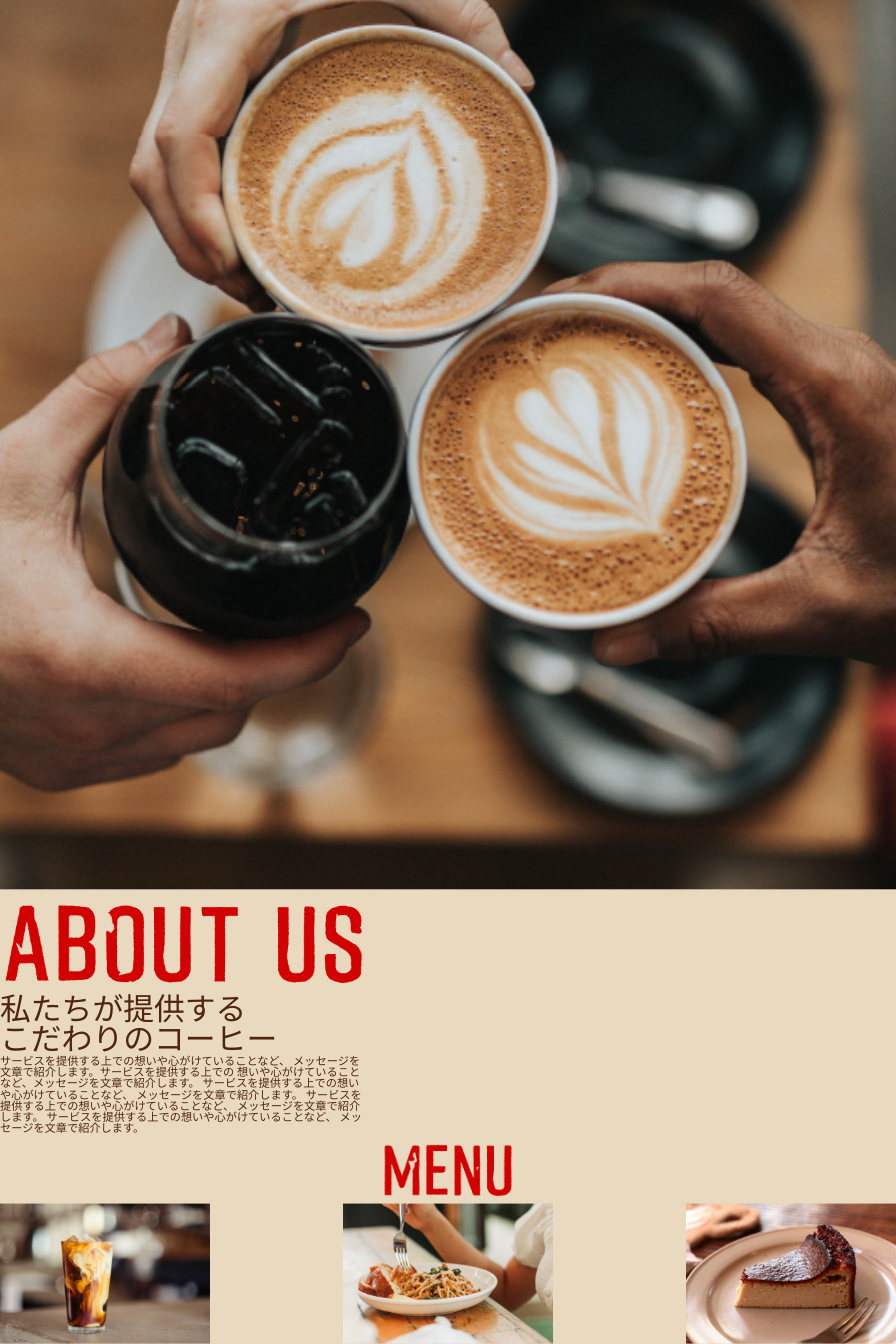
Repository: sonoyama01/dezasuta
Page: 第4回課題/index.html
The author's editor kept a copy of each file at every save. The page is drawn from the files as they stood at one save, then again after the next save.
The browser window is 1280 px wide. The pictures show the part of the page from y = 888 to 2808 px (the page is 2808 px tall before and 2766 px after), at 70% of full size.

Above is the page before, as saved 2024-05-02 03:23:41.

### 第4回課題/index.html
<!DOCTYPE html>
<html lang="ja">

<head>
    <meta charset="UTF-8">
    <meta name="viewport" content="width=device-width, initial-scale=1.0">
    <title>Desing Cafe</title>
    <link rel="stylesheet" href="./css/style.css">
</head>

<body>
    <!-- ヘッダー -->
    <header>
        <div class="header_slide">
            <div>
                <img src="./images/pc_first-100.jpg" alt="店内の様子">
            </div>
        </div>
        <div class="header_wrap">
            <h1 class="header_logo">
                <img src="./images/design_cafe_logo_header@2x.png" alt="desind cafe">
            </h1>
            <nav class="pc_nav">
                <ul>
                    <li><a href="#about_us">ABOUT US</a></li>
                    <li><a href="#">MENU</a></li>
                    <li><a href="#">GALLERY</a></li>
                    <li><a href="#">EVENT</a></li>
                    <li><a href="#">ACCESS</a></li>
                </ul>
            </nav>
        </div>
    </header>
    <div class="catch_copy">
        <p class="catch_copy_ja"><span class="en">Have a happy day From a cup of coffee.</span><br>
            ハッピーに溢れる1日を<br>
            1杯のコーヒーから。</p><!-- /.catch_copy -->
        <p>毎日を丁寧に大切に過ごしたい。だからこそ一杯一杯丁寧にコーヒーを入れ<br>
            足を運んでくれるお客さんには落ち着く空間とこだわりのコーヒーを提供したい。</p>
    </div><!-- /.catch_copy -->
    <!-- ABOUT US -->
    <section id="about_us_fx">
        <h2 class="about_us">
            <h2></h2><img src="./images/pc_about-100.jpg" alt="">
        </h2>
        <div class="about_us_text">
            <img src="./images/about_us@2x.png" alt="">
            <p class="abouot_us_concept">私たちが提供する<br>
                こだわりのコーヒー</p><!-- /.abouot_us_concept -->
            <p class="about_us_texts">
                サービスを提供する上での想いや心がけていることなど、
                メッセージを文章で紹介します。サービスを提供する上での
                想いや心がけていることなど、メッセージを文章で紹介します。
                サービスを提供する上での想いや心がけていることなど、
                メッセージを文章で紹介します。
                サービスを提供する上での想いや心がけていることなど、
                メッセージを文章で紹介します。
                サービスを提供する上での想いや心がけていることなど、
                メッセージを文章で紹介します。
            </p><!-- /.about_us_text -->
        </div>

        </div><!-- /.about_us -->
    </section><!-- /#about_us -->

    <!-- MENU -->
    <section id="menu_fx">
        <div class="menu_im">
            <img src="./images/menu@2x.png" alt="menu">
        </div><!-- /.menu_im -->
        <div class="menu">
            <div class="drink">
                <img src="./images/pc_menu_drink-100.jpg" alt="drink">
            </div><!-- /.drink -->
            <div class="food">
                <img src="./images/pc_menu_food-100.jpg" alt="food">
            </div><!-- /.food -->
            <div class="sweets">
                <img src="./images/pc_menu_sweets-100.jpg" alt="sweet">
            </div><!-- /.sweets -->
        </div>
    </section><!-- /#menu_fx -->

</body>

</html>

### 第4回課題/css/style.css
@charset "utf-8";

/* cssリセット */

/*利用するタグによってこちらの内容は増やす*/

html,
body,
h1,
h2,
h3,
p,
dl,
dt,
dd,
ul,
li {
  margin: 0;
  padding: 0;
  line-height: 1;
  /*デフォルトの文字色、font-familyを予め当てておく*/
  color: #4f260b;
  font-family: "游明朝", YuMincho, "Hiragino Mincho ProN W3",
    "ヒラギノ明朝 ProN W3", "Hiragino Mincho ProN", "HG明朝E", "ＭＳ Ｐ明朝",
    "ＭＳ 明朝", serif;
}

a {
  /*下線を消す*/
  text-decoration: none;
  /*色を消す*/
  color: inherit;
  transition: 0.3s;
}

a:hover {
  opacity: 0.5;
}

ul {
  /*左の「・」を消す*/
  list-style: none;
}

img {
  max-width: 100%;
  width: 100%;
  height: auto;
  vertical-align: bottom;
  border: none;
}

body {
  background-color: #e8d9bf;
  font-size: 23px;
}

/* ヘッダー */
.pc_nav ul {
  display: flex;
  gap: 55px;
}

.pc_nav ul li {
  width: 105px;
  text-align: center;
  color: #ffffff;
  font-weight: bold;
  font-size: 18px;
  font-family: "Hiragino Sans W3", "Hiragino Kaku Gothic ProN",
    "ヒラギノ角ゴ ProN W3", "メイリオ", Meiryo, "ＭＳ Ｐゴシック", "MS PGothic",
    sans-serif;
}

.header_logo {
  width: 226px;
}

.header_wrap {
  display: flex;
  justify-content: space-between;
  align-items: center;
  padding: 0 7% 0 3%;
  position: absolute;
  top: 0;
  left: 0;
  width: 100%;
  box-sizing: border-box;
}

/* ============================
* キャッチコピー
* ========================= */
.catch_copy {
  text-align: center;
}
.en {
  font-size: 30px;
}
.catch_copy_ja {
  font-size: 82px;
}

/* ============================
* ABOUT US
* ========================= */
.about_us {
  display: flex;
  justify-content: space-between;
}
.about_us_im {
  width: 50%;
}
.abouot_us_concept {
  font-size: 44px;
}
.about_us_text {
  width: 41%;
}
.about_us_texts {
  font-size: 16px;
}

/* ============================
* MENU
* ========================= */
.menu_im {
  width: 15%;
  margin: 0 auto;
}
.menu {
  display: flex;
  justify-content: space-between;
}

After the next save:
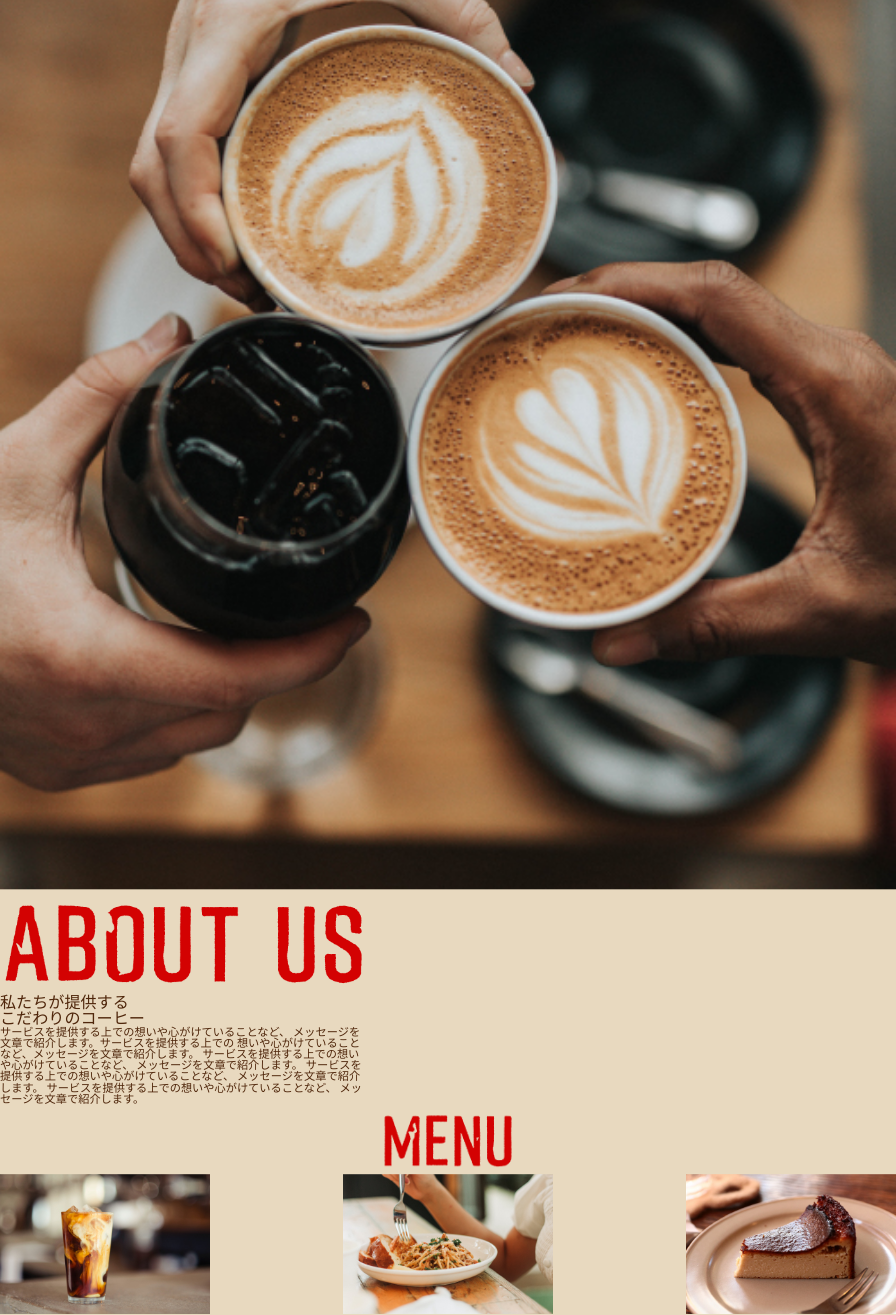
Saved 22 s later.
--- a/第4回課題/css/style.css
+++ b/第4回課題/css/style.css
@@ -111,7 +111,7 @@ body {
 .about_us_im {
   width: 50%;
 }
-.abouot_us_concept {
+h2 {
   font-size: 44px;
 }
 .about_us_text {
